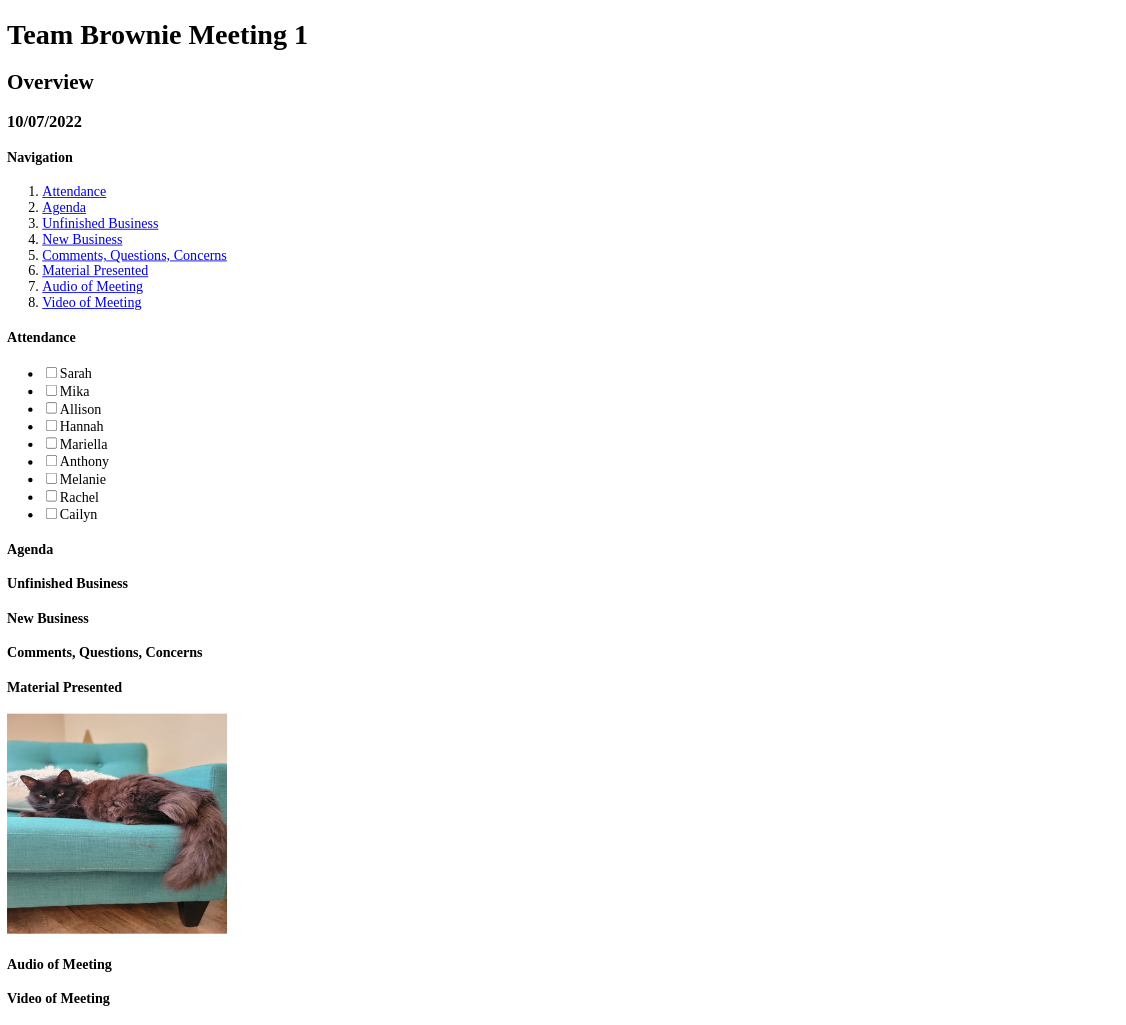
Repository: sarahtthomson/fa22-cse110-lab3
Page: index.html
These files come from the project's save history. The page is drawn as it stood at one moment and after the next save; the edit follows.
The browser window is 1280 px wide. The pictures show the whole page, at 88% of full size.

Above is the page before, as saved 2022-10-07 17:43:30.

### index.html
<!DOCTYPE html>
<html lang="en">
    <head>
        <Title>Team Brownie</Title>
        <meta name="description" content="Meeting minutes for Team Brownie">
        <link rel="icon" href="favicon.ico">
    </head>
    <body>
        <header>
            <h1>Team Brownie Meeting 1</h1>
            <h2>Overview</h2>
            <h3>10/07/2022</h3>
        </header>
        <main>
            <nav class="nav">
                <h4>Navigation</h4>
                <ol>
                    <li><a href="#Attendance" >Attendance</a></li>
                    <li><a href="#Agenda">Agenda</a></li>
                    <li><a href="#Unfinished">Unfinished Business</a></li>
                    <li><a href="#New">New Business</a></li>
                    <li><a href="#Comments">Comments, Questions, Concerns</a></li>
                    <li><a href="#Material">Material Presented</a></li>
                    <li><a href="#Audio">Audio of Meeting</a></li>
                    <li><a href="#Video">Video of Meeting</a></li>
                </ol>
            </nav>
            <div class="Attendance" id="Attendance">
                <h4>Attendance</h4>
                <ul>
                    <li><input type="checkbox">Sarah</li>
                    <li><input type="checkbox">Mika</li>
                    <li><input type="checkbox">Allison</li>
                    <li><input type="checkbox">Hannah</li>
                    <li><input type="checkbox">Mariella</li>
                    <li><input type="checkbox">Anthony</li>
                    <li><input type="checkbox">Melanie</li>
                    <li><input type="checkbox">Rachel</li>
                    <li><input type="checkbox">Cailyn</li>
                </ul>
            </div>
            <div class="Agenda" id="Agenda">
                <h4>Agenda</h4>

            </div>
            <div class="Unfinished" id="Unfinished">
                <h4>Unfinished Business</h4>
            </div>
            <div class="New" id="New">
                <h4>New Business</h4>
            </div>
            <div class="Comments" id="Comments">
                <h4>Comments, Questions, Concerns</h4>

            </div>
            <div class="Material" id="Material">
                <h4>Material Presented</h4>
                <img height="250" width="250" src="cat.jpg">
            </div>
            <div class="Audio" id="Audio">
                <h4>Audio of Meeting</h4>
            </div>
            <div class="Video" id="Video">
                <h4>Video of Meeting</h4>
            </div>
        </main>

    </body>
</html>

After the next save:
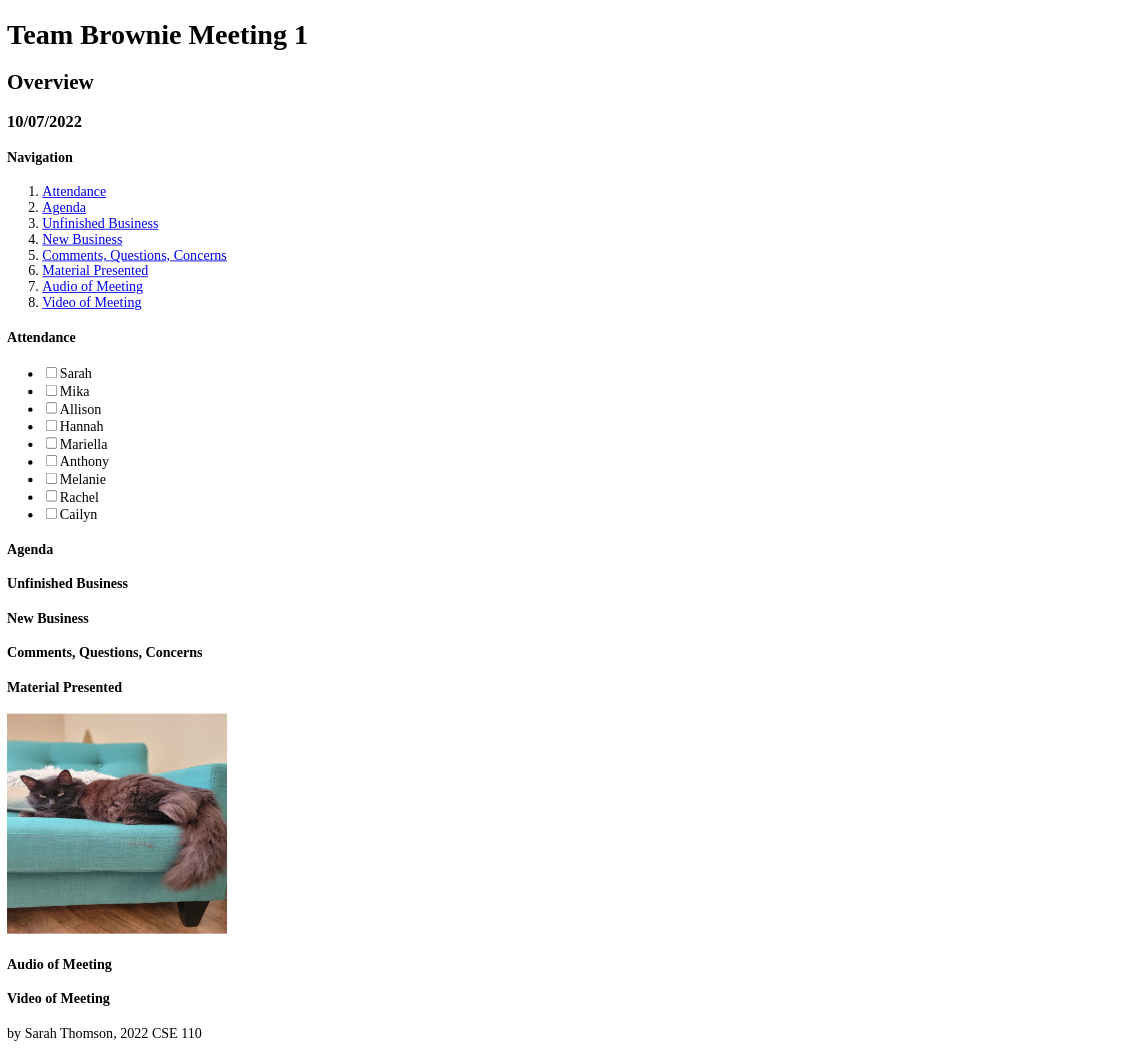
Saved 23 h 52 min later.
--- a/index.html
+++ b/index.html
@@ -64,6 +64,9 @@
                 <h4>Video of Meeting</h4>
             </div>
         </main>
+        <footer>
+            <p>by Sarah Thomson, 2022 CSE 110</p>
+        </footer>
 
     </body>
 </html>
